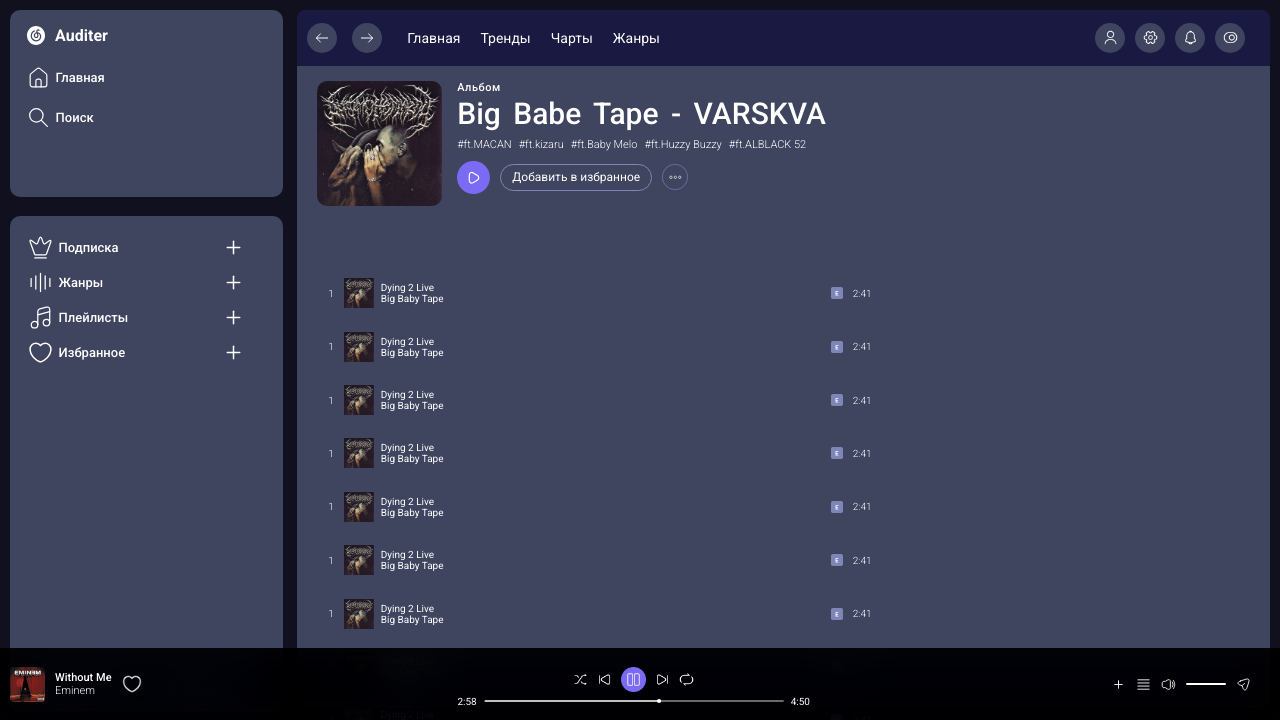
Repository: MaksimKrupkin/music_app
Page: /tracklist
These files come from the project's save history. The page is drawn as it stood at one moment and after the next save; the edit follows.
The browser window is 1280 px wide. The pictures show the whole page.
The project was rebuilt for these pictures with package versions that can differ from the ones it lists, and the page was loaded fresh each time. Also part of the build but not shown: vite.config.ts, src/Pages/MainPage_demo/MainPage_demo.module.scss, src/Components/MainScreenDemo/MainScreenDemo.module.scss, src/Components/MainScreenHeaderDemo/MainScreenHeaderDemo.module.scss, src/Components/MainScreenHeaderDemo/MainScreenHeaderDemo.tsx, src/Components/MainScreenDemo/Charts/Charts.module.scss, src/Components/MainScreenDemo/Charts/Charts.tsx, src/Components/Card/Card.module.scss and 11 more.

Above is the page before, as saved 2024-02-26 11:22:19.

After the next save:
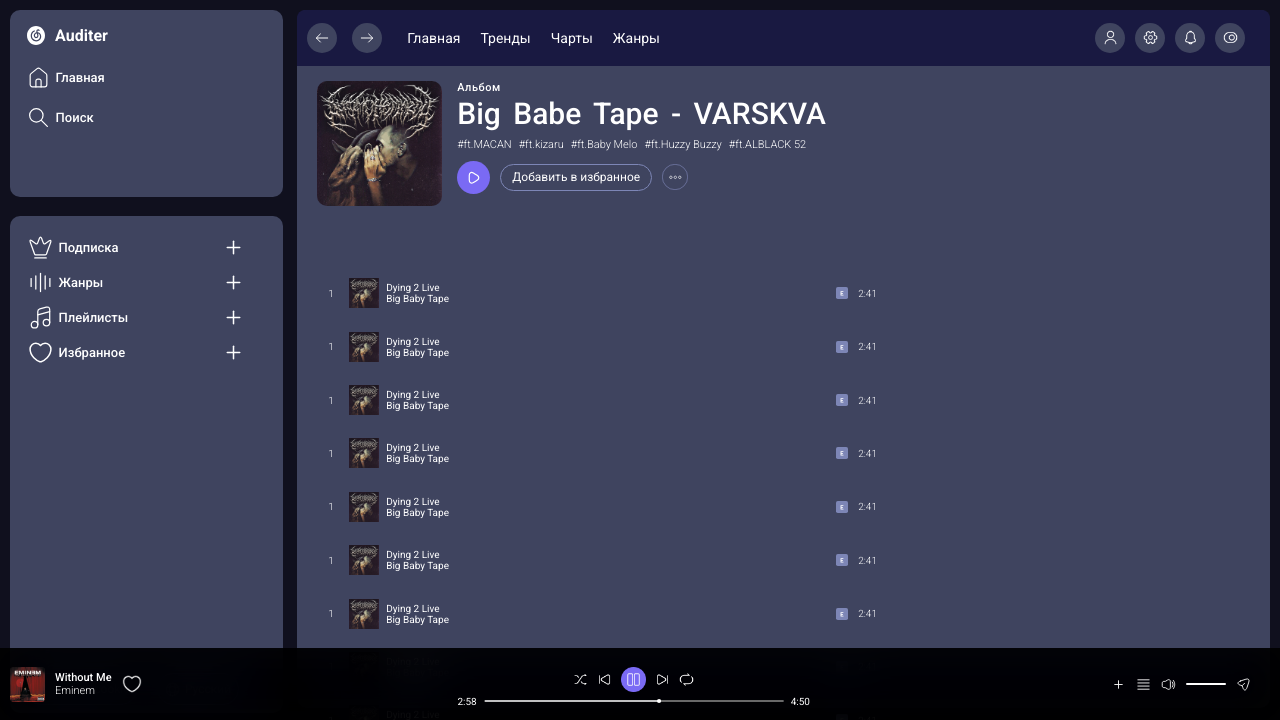
Saved 23 s later.
--- a/src/Components/TrackListScreen/Track/Track.module.scss
+++ b/src/Components/TrackListScreen/Track/Track.module.scss
@@ -11,6 +11,7 @@
 
   .number {
     display: block;
+    width: 11px;
     margin-left: 10px;
     margin-right: 10px;
     font-size: 10px;
